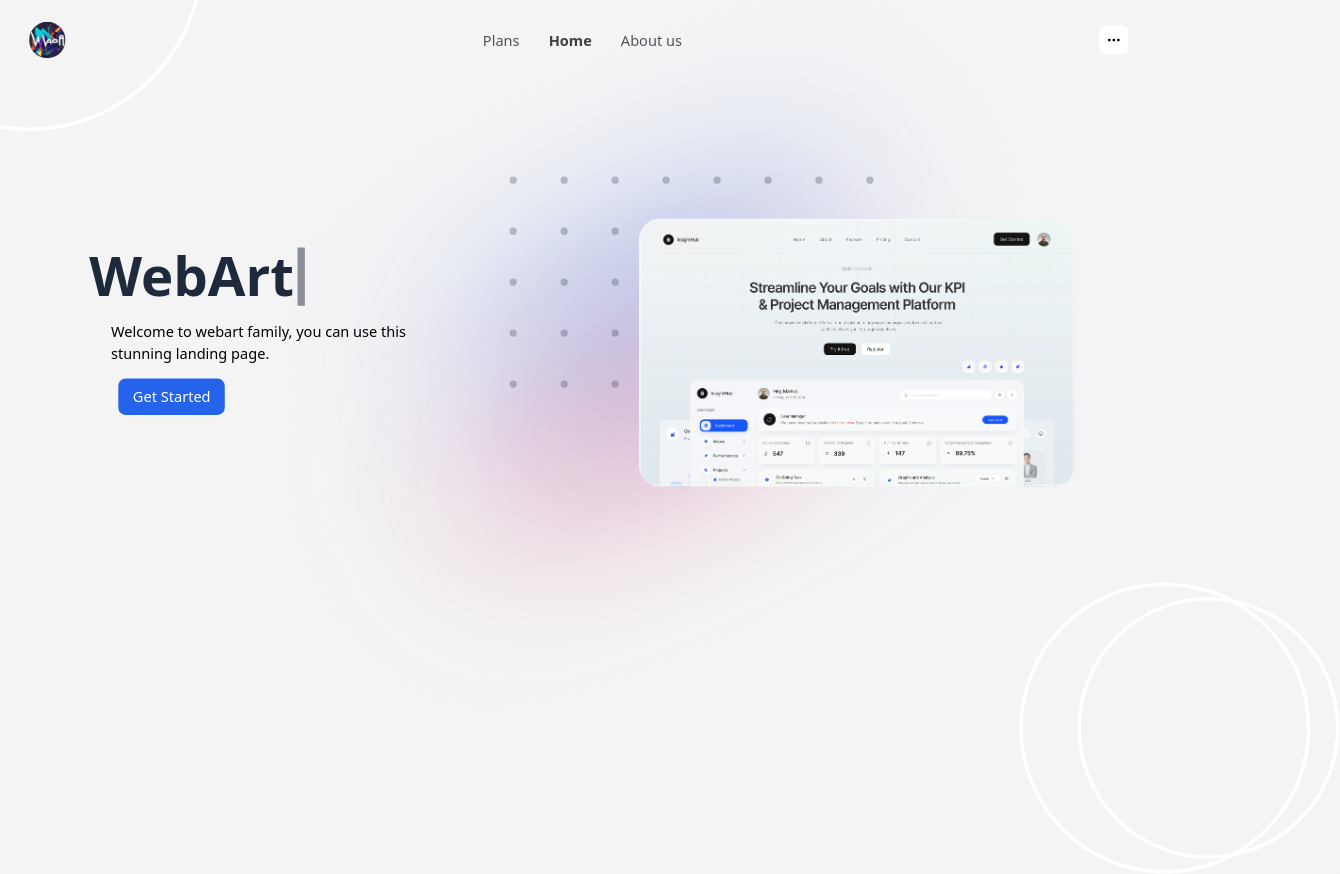
Repository: 30namp/youtube-web-art-code
Page: stunning landing page 1/index.html
The author's editor kept a copy of each file at every save. The page is drawn from the files as they stood at one save, then again after the next save.
The browser window is 1280 px wide. The page is 1472 px wide, so the pictures cover 1472 px, including what lies to the right of the window. The pictures show the whole page, at 91% of full size.

Above is the page before, as saved 2024-09-26 21:48:31.

After the next save:
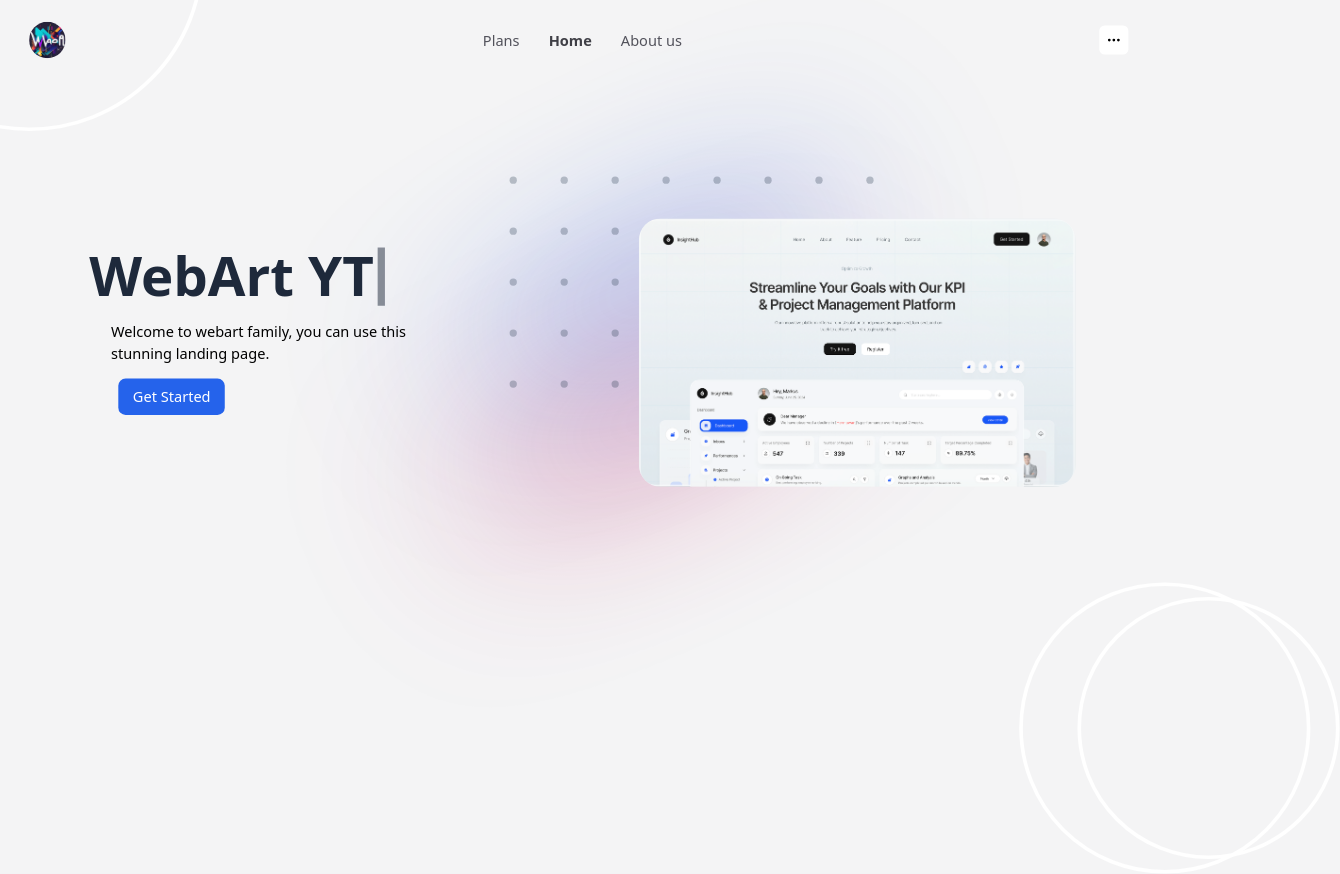
Saved 6 s later.
--- a/stunning landing page 1/index.html
+++ b/stunning landing page 1/index.html
@@ -135,5 +135,5 @@
       text += textComplete[i];
 
     title.innerHTML = text;
-  }, 200);
+  }, 100);
 </script>
